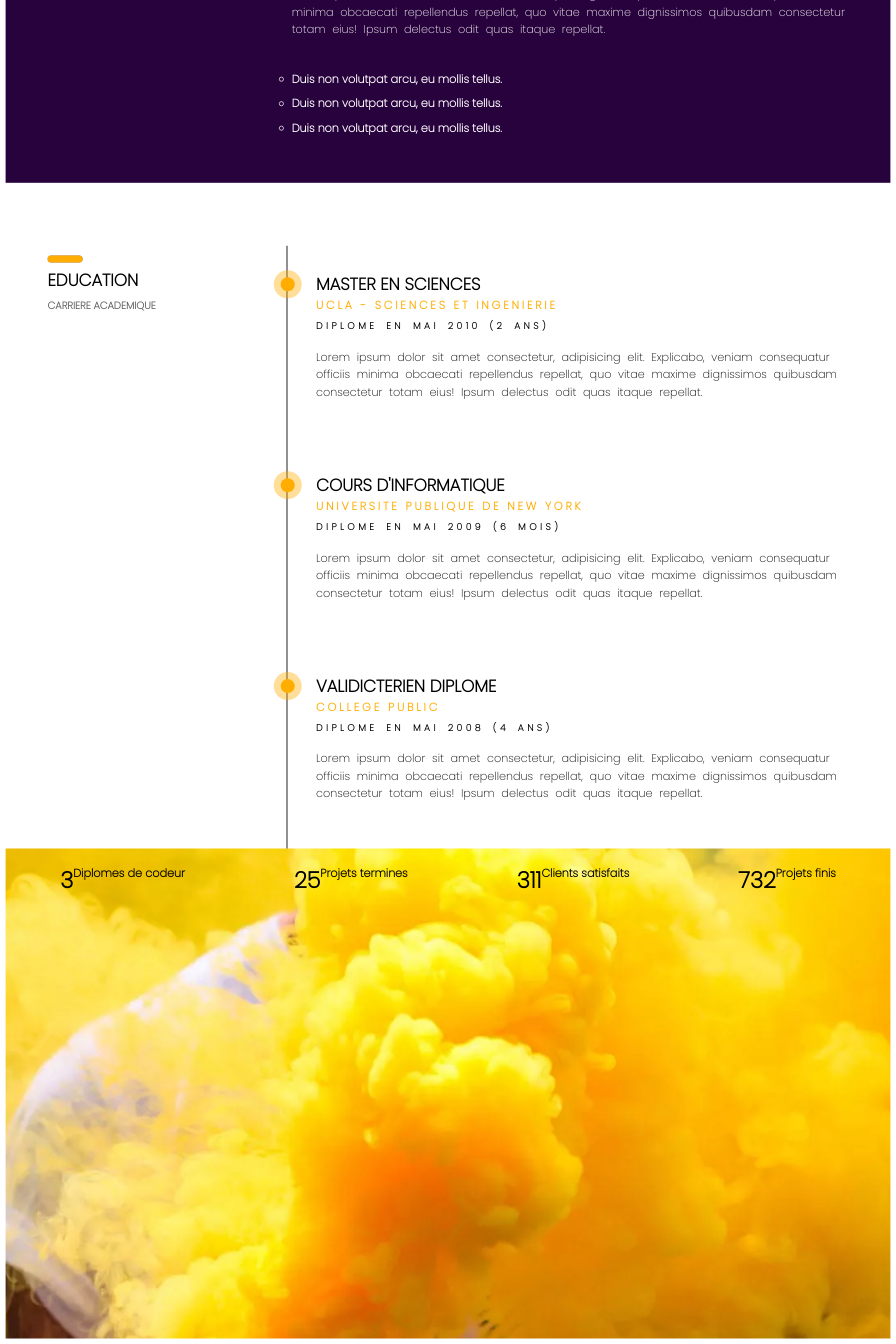
Repository: wadelfadill/CV_PORTFOLIO
Page: index.html
An editor plug-in stored every save of this project. The page is shown before and after the next save, followed by the edit.
The browser window is 1280 px wide. The pictures show the part of the page from y = 3933 to 5853 px (the page is 5853 px tall before and 5593 px after), at 70% of full size.
Some icons come from a web library that is not loaded, so they are not drawn. Backgrounds fixed to the window are drawn as part of the page.

Above is the page before, as saved 2023-03-16 19:00:48.

After the next save:
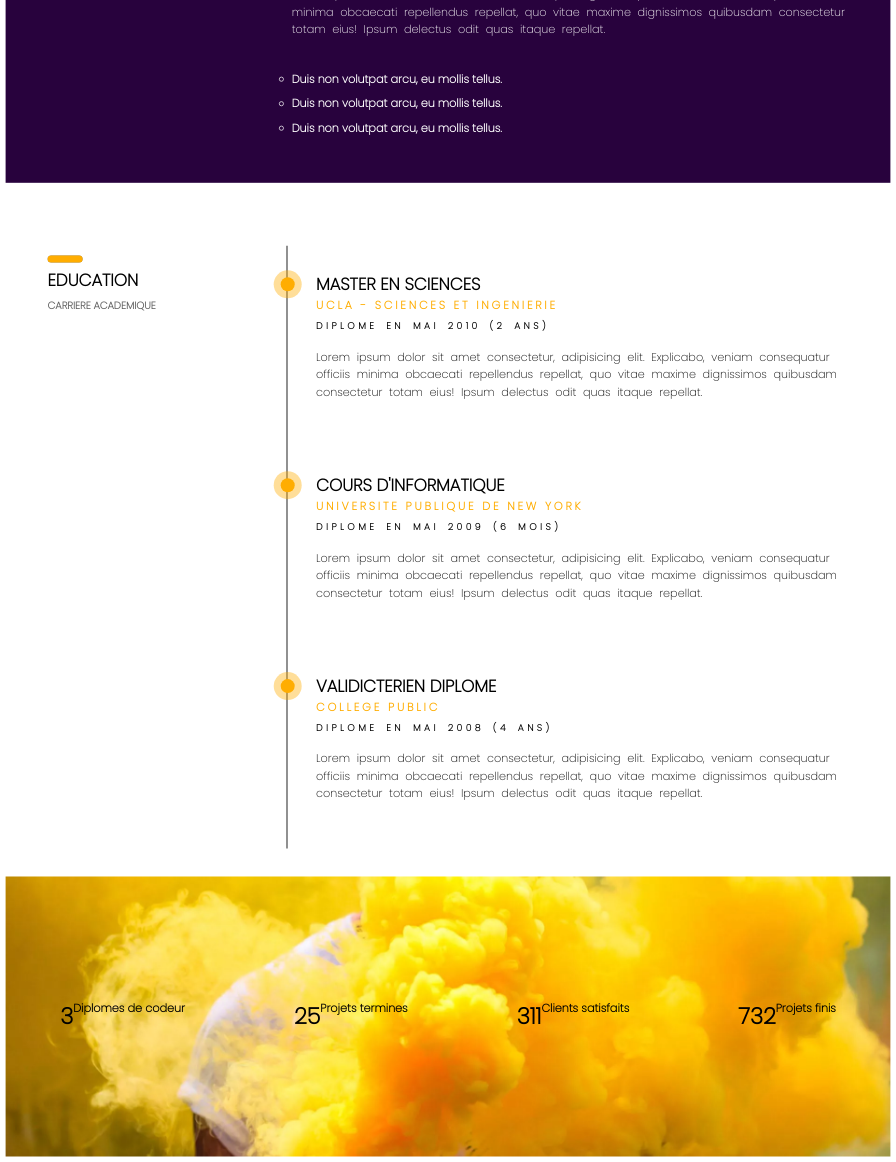
Saved 47 s later.
--- a/style.css
+++ b/style.css
@@ -585,13 +585,15 @@ svg{
     padding-top: 0;
 }
 .stats{
+    margin-top: 40px;
     background: url("images/slider-2-1920x600.jpg");
     background-size: cover;
     background-position: center;
     width: 100%;
-    height: 700px;
+    height: 400px;
     display: flex;
     justify-content: space-around;
+    align-items: center;
 }
 .stats-content{
     display: flex;
